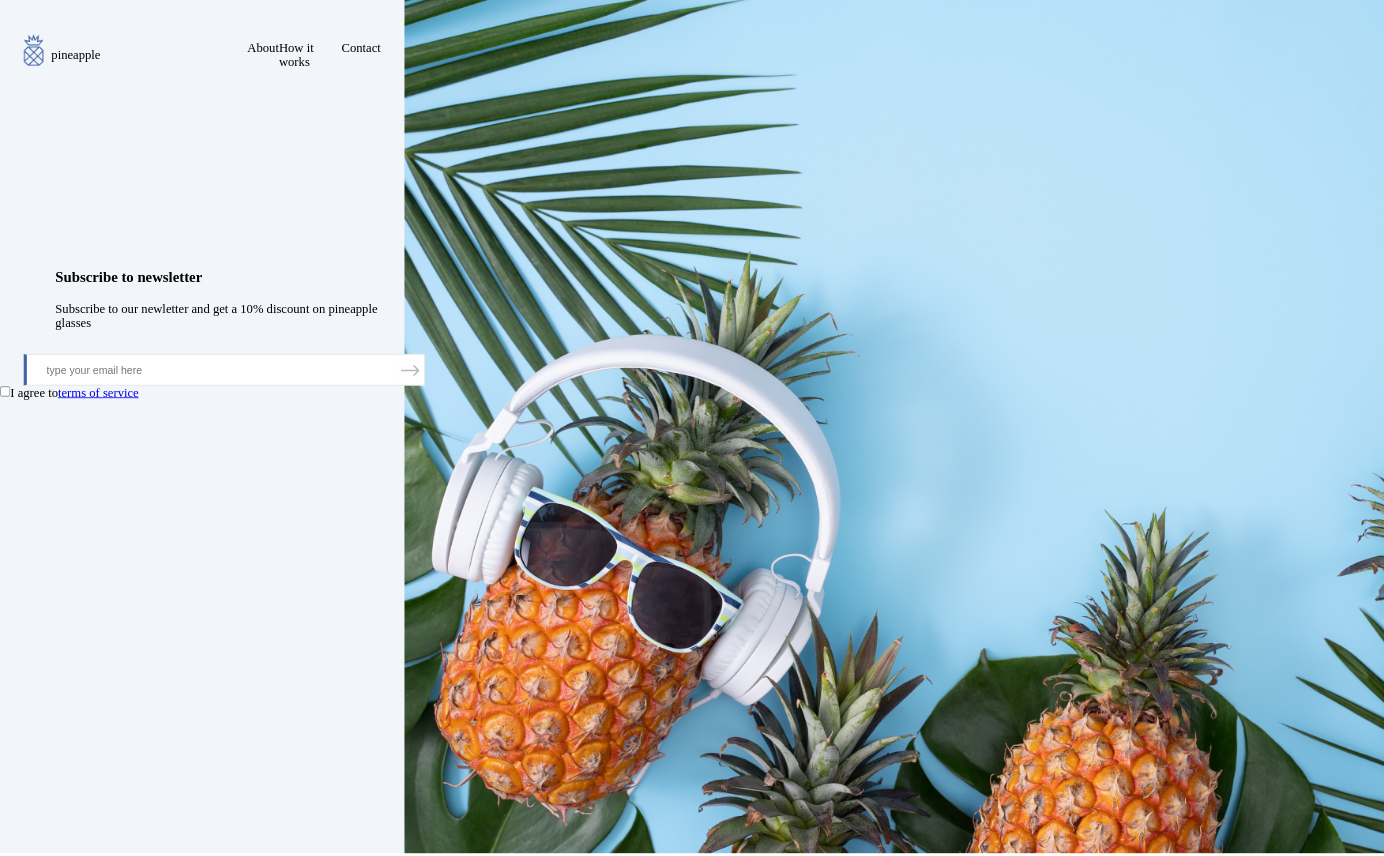
Repository: PaulsBebris/megabit-task
Page: /
These files come from the project's save history. The page is drawn as it stood at one moment and after the next save; the edit follows.
The browser window is 1280 px wide. The page is 1752 px wide, then 1280 px, so the pictures cover 1752 px, including what lies to the right of the window. The pictures show the whole page, at 79% of full size.
The project was rebuilt for these pictures with package versions that can differ from the ones it lists, and the page was loaded fresh each time.

Above is the page before, as saved 2021-04-19 14:24:38.

After the next save:
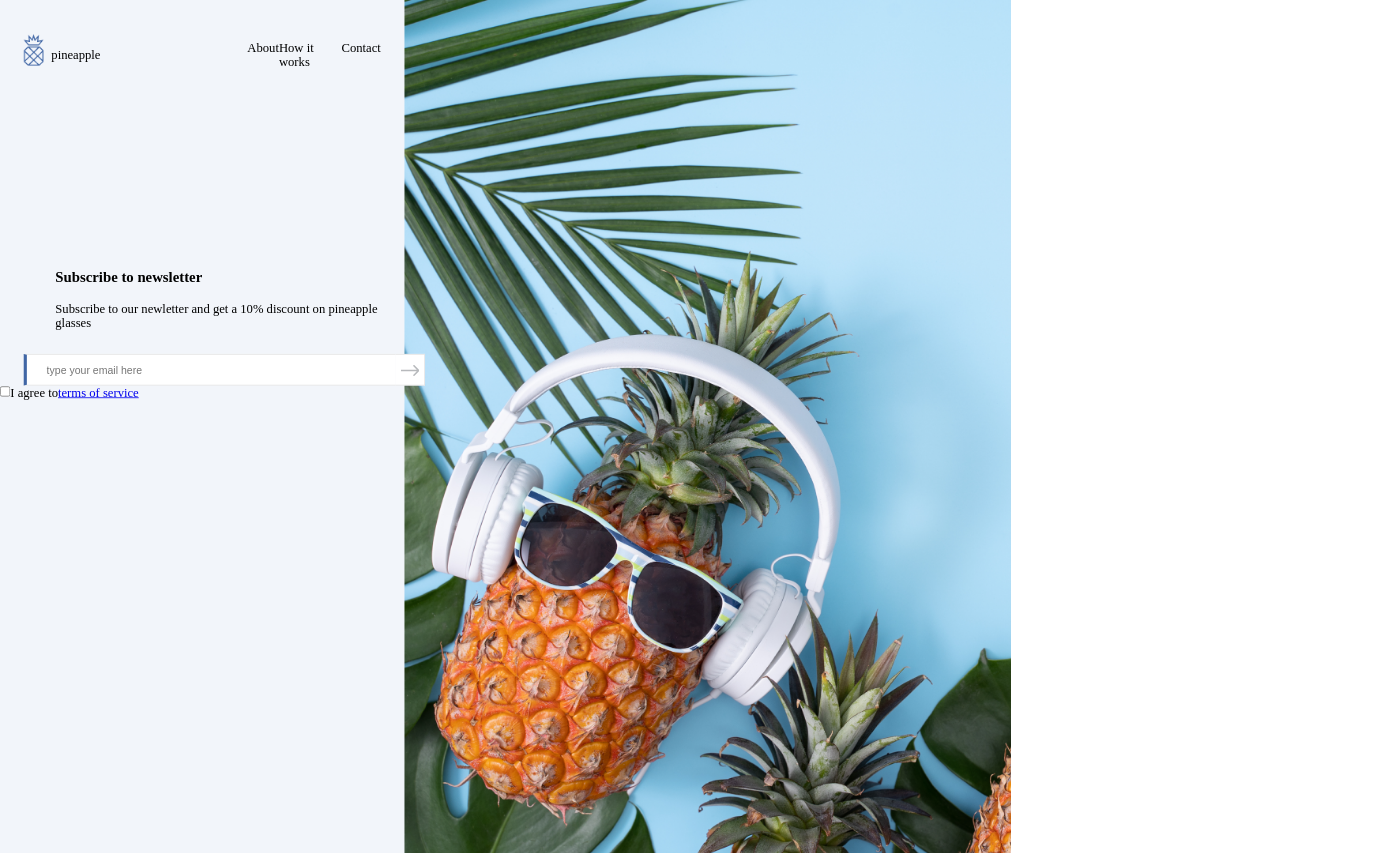
Saved 29 s later.
--- a/src/App.vue
+++ b/src/App.vue
@@ -15,13 +15,14 @@
   margin: 0;
   box-sizing: border-box;
 }
-// #app {
-//   font-family: Avenir, Helvetica, Arial, sans-serif;
-//   -webkit-font-smoothing: antialiased;
-//   -moz-osx-font-smoothing: grayscale;
-//   text-align: center;
-//   color: #2c3e50;
-// }
+#app {
+  // font-family: Avenir, Helvetica, Arial, sans-serif;
+  // -webkit-font-smoothing: antialiased;
+  // -moz-osx-font-smoothing: grayscale;
+  // text-align: center;
+  // color: #2c3e50;
+  overflow: hidden;
+}
 
 // #nav {
 //   padding: 30px;
